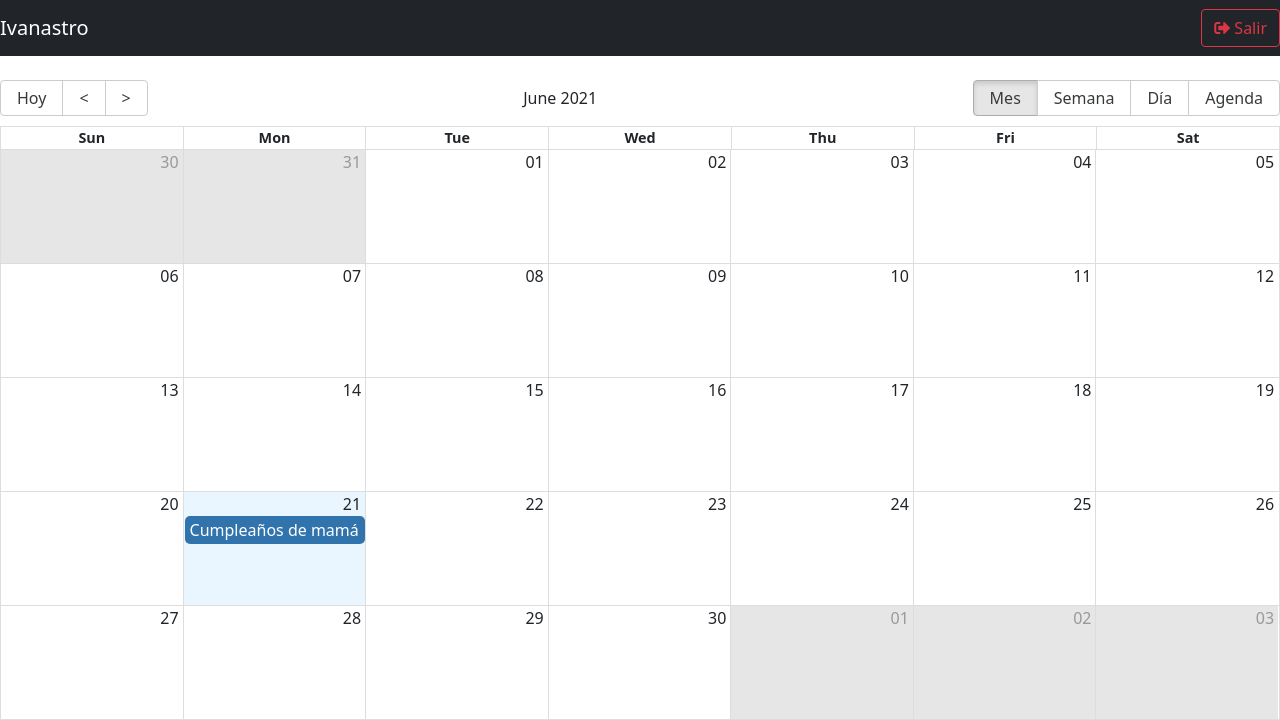
Repository: ivanmedina/react_udemy
Page: / (app in 08-calendar-app/)
These files come from the project's save history. The page is drawn as it stood at one moment and after the next save; the edit follows.
The browser window is 1280 px wide. The pictures show the whole page.
The project was rebuilt for these pictures with package versions that can differ from the ones it lists, and the page was loaded fresh each time. Also part of the build but not shown: 08-calendar-app/src/router/AppRouter.js. Imported but missing from the stored project, and not drawn on this page: 08-calendar-app/src/components/auth/LoginScreen.

Above is the page before, as saved 2021-06-21 14:44:55.

### 08-calendar-app/public/index.html
<!DOCTYPE html>
<html lang="en">
  <head>
    <meta charset="utf-8" />
    <link rel="icon" href="%PUBLIC_URL%/favicon.ico" />
    <meta name="viewport" content="width=device-width, initial-scale=1" />
    <meta name="theme-color" content="#000000" />
    <meta
      name="description"
      content="Web site created using create-react-app"
    />
    <link rel="apple-touch-icon" href="%PUBLIC_URL%/logo192.png" />
    <!--
      manifest.json provides metadata used when your web app is installed on a
      user's mobile device or desktop. See https://developers.google.com/web/fundamentals/web-app-manifest/
    -->
    <link rel="manifest" href="%PUBLIC_URL%/manifest.json" />
    <!--
      Notice the use of %PUBLIC_URL% in the tags above.
      It will be replaced with the URL of the `public` folder during the build.
      Only files inside the `public` folder can be referenced from the HTML.

      Unlike "/favicon.ico" or "favicon.ico", "%PUBLIC_URL%/favicon.ico" will
      work correctly both with client-side routing and a non-root public URL.
      Learn how to configure a non-root public URL by running `npm run build`.
    -->
    <link href="https://cdn.jsdelivr.net/npm/bootstrap@5.0.1/dist/css/bootstrap.min.css" rel="stylesheet" integrity="sha384-+0n0xVW2eSR5OomGNYDnhzAbDsOXxcvSN1TPprVMTNDbiYZCxYbOOl7+AMvyTG2x" crossorigin="anonymous">
    <link rel="stylesheet" href="https://cdnjs.cloudflare.com/ajax/libs/font-awesome/5.15.3/css/all.min.css" integrity="sha512-iBBXm8fW90+nuLcSKlbmrPcLa0OT92xO1BIsZ+ywDWZCvqsWgccV3gFoRBv0z+8dLJgyAHIhR35VZc2oM/gI1w==" crossorigin="anonymous" referrerpolicy="no-referrer" />
    <title>React App</title>
  </head>
  <body>
    <noscript>You need to enable JavaScript to run this app.</noscript>
    <div id="root"></div>
    <!--
      This HTML file is a template.
      If you open it directly in the browser, you will see an empty page.

      You can add webfonts, meta tags, or analytics to this file.
      The build step will place the bundled scripts into the <body> tag.

      To begin the development, run `npm start` or `yarn start`.
      To create a production bundle, use `npm run build` or `yarn build`.
    -->
  </body>
</html>

### 08-calendar-app/src/index.js
import React from 'react';
import ReactDOM from 'react-dom';
import './styles.css';
import { CalendarApp } from './CalendarApp';
ReactDOM.render(
    <CalendarApp />,
  document.getElementById('root')
);

### 08-calendar-app/src/styles.css
html, body{
    height: 100vh;
    width: 100vw;
}

.calendar-screen{
    display:flex;
    flex-flow: column;
    height:100vh;
}

.rbc-calendar{
    height: 100%;
}

### 08-calendar-app/src/CalendarApp.js
import React from 'react'
import {
  BrowserRouter as Router,
  Switch,
  Route,
  Redirect
} from "react-router-dom";
import { LoginScreen } from './components/auth/LoginScreen';
import { CalendarScreen } from './components/calendar/CalendarScreen';
import { AppRouter } from './router/AppRouter'
export const CalendarApp = () => {
    return (
        <Router >
            <div>
                <Switch>
                    <Route exact path='/login' component={LoginScreen}/>
                    <Route exact path='/' component={CalendarScreen}/>
                    <Redirect to='/' />
                </Switch>
            </div>
        </Router>
    )
}

### 08-calendar-app/src/components/calendar/CalendarScreen.js
import React from 'react'
import { Calendar, momentLocalizer  } from 'react-big-calendar'
import 'react-big-calendar/lib/css/react-big-calendar.css';
import moment from 'moment'
import {Navbar} from './../ui/Navbar'
import { messages } from '../../helpers/calendar-messages-es';
moment.locale('es');
const localizer = momentLocalizer(moment) // or globalizeLocalizer
export const CalendarScreen = () => {
    const events=[{
        title:'Cumpleaños de mamá',
        start: moment().toDate(),
        end: moment().add( 2, 'hours' ).toDate(),
        bgcolor: '#fafafa'
    }];

    return (
        <div className="calendar-screen">
            <Navbar />
            <Calendar
                localizer={localizer}
                events={events}
                startAccessor="start"
                endAccessor="end"
                messages={messages}
            />
        </div>
    )
}

### 08-calendar-app/src/components/ui/Navbar.js
import React from 'react'

export const Navbar = () => {
    return (
        <div className="navbar navbar-dark bg-dark mb-4">
            <span className="navbar-brand">
                Ivanastro
            </span>
            <button className="btn btn-outline-danger">
                <i className="fas fa-sign-out-alt"></i>
                <span> Salir</span>
            </button>
        </div>
    )
}

Loaded but not shown: 08-calendar-app/src/helpers/calendar-messages-es.js (common file)

After the next save:
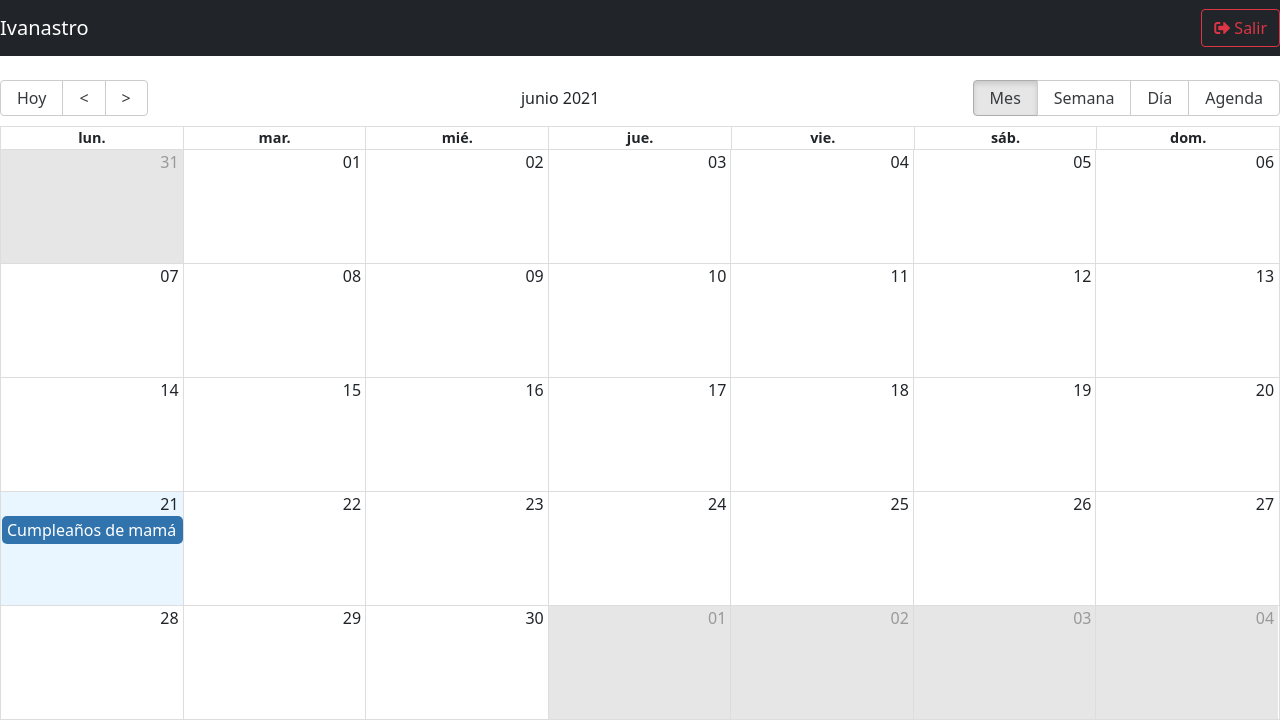
Saved 52 s later.
--- a/08-calendar-app/src/components/calendar/CalendarScreen.js
+++ b/08-calendar-app/src/components/calendar/CalendarScreen.js
@@ -2,6 +2,7 @@ import React from 'react'
 import { Calendar, momentLocalizer  } from 'react-big-calendar'
 import 'react-big-calendar/lib/css/react-big-calendar.css';
 import moment from 'moment'
+import 'moment/locale/es';
 import {Navbar} from './../ui/Navbar'
 import { messages } from '../../helpers/calendar-messages-es';
 moment.locale('es');
